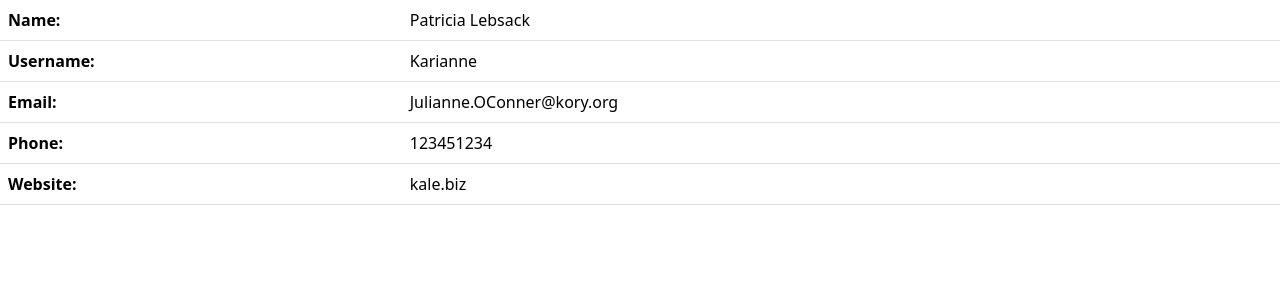
Repository: AyushMahatara/PHP-Simple-CRUD-with-JSON
Page: http://localhost/user/view.php?id=4
These files come from the project's save history. The page is drawn as it stood at one moment and after the next save; the edit follows.
The browser window is 1280 px wide. The pictures show the whole page.
The page is run by PHP 8.4 with error messages shown; the project is at /var/www/html/.

Above is the page before, as saved 2024-03-20 16:25:06.

After the next save:
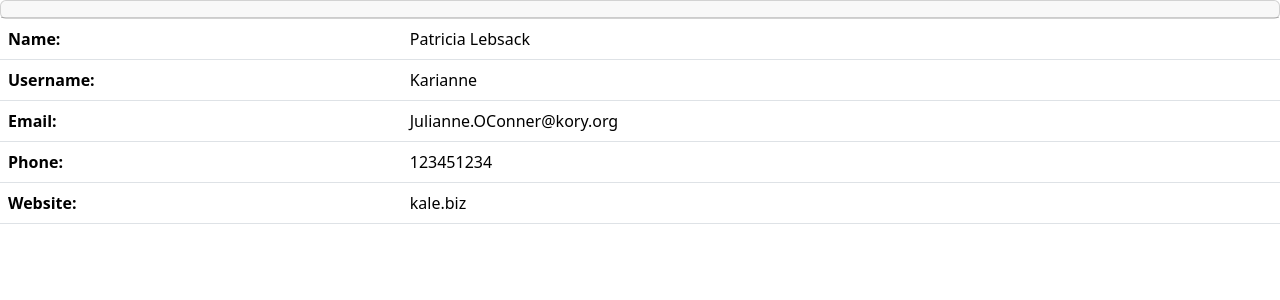
Saved 49 s later.
--- a/user/view.php
+++ b/user/view.php
@@ -17,6 +17,13 @@ if (!$user) {
     exit;
 }
 ?>
+
+
+<div class="card">
+    <div class="card-header">
+
+    </div>
+</div>
 
 <table class="table">
     <tbody>
